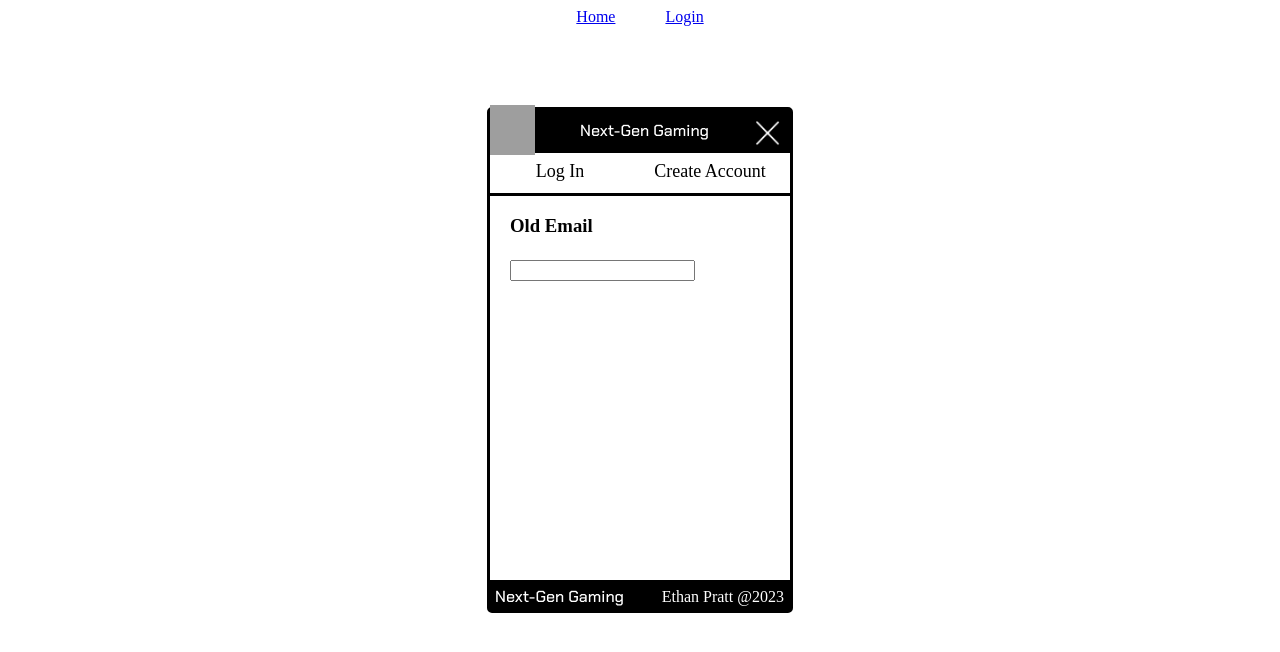
Repository: ghend99/login-page
Page: /change
The author's editor kept a copy of each file at every save. The page is drawn from the files as they stood at one save, then again after the next save.
The browser window is 1280 px wide. The pictures show the whole page.
Pictures or frames that could not be fetched are drawn as grey boxes. The project was rebuilt for these pictures with package versions that can differ from the ones it lists, and the page was loaded fresh each time. Also part of the build but not shown: src/css/Create2.css, src/pages/Home.tsx, src/config/firebase.ts, src/pages/Login.tsx, src/css/Create.css, src/pages/Create.tsx, src/pages/Create2.tsx.

Above is the page before, as saved 2023-02-15 14:36:42.

After the next save:
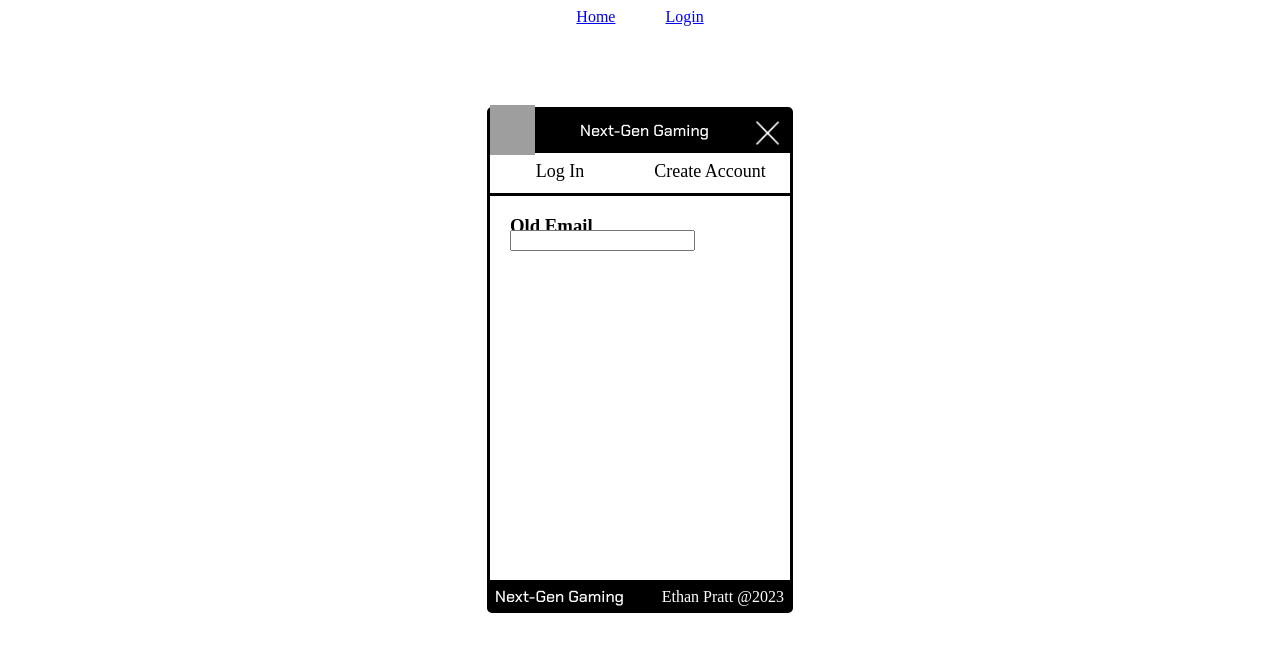
Saved 11 s later.
--- a/src/css/Change.css
+++ b/src/css/Change.css
@@ -21,6 +21,6 @@
 .change-email--input {
   position: absolute;
   display: flex;
-  top: 150px;
+  top: 120px;
   left: 20px;
 }
